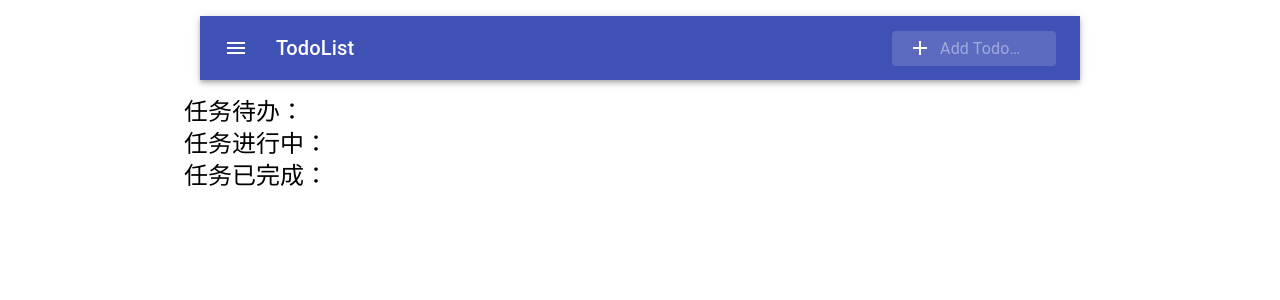
Repository: harperl71/TodoList
Page: /
An editor plug-in stored every save of this project. The page is shown before and after the next save, followed by the edit.
The browser window is 1280 px wide. The pictures show the whole page.
The project was rebuilt for these pictures with package versions that can differ from the ones it lists, and the page was loaded fresh each time.

Above is the page before, as saved 2021-05-20 15:55:43.

After the next save:
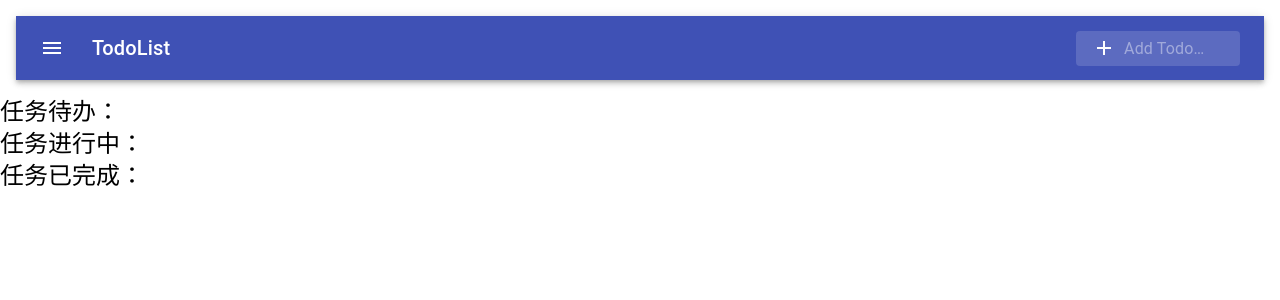
Saved 119 s later.
--- a/src/App.tsx
+++ b/src/App.tsx
@@ -8,13 +8,11 @@ import { Container } from "@material-ui/core";
 function App() {
   return (
     <React.Fragment>
-      <Container maxWidth="md">
-        <Myprovider>
-          <Header />
-          <Content />
-          <Footer />
-        </Myprovider>
-      </Container>
+      <Myprovider>
+        <Header />
+        <Content />
+        <Footer />
+      </Myprovider>
     </React.Fragment>
   );
 }
